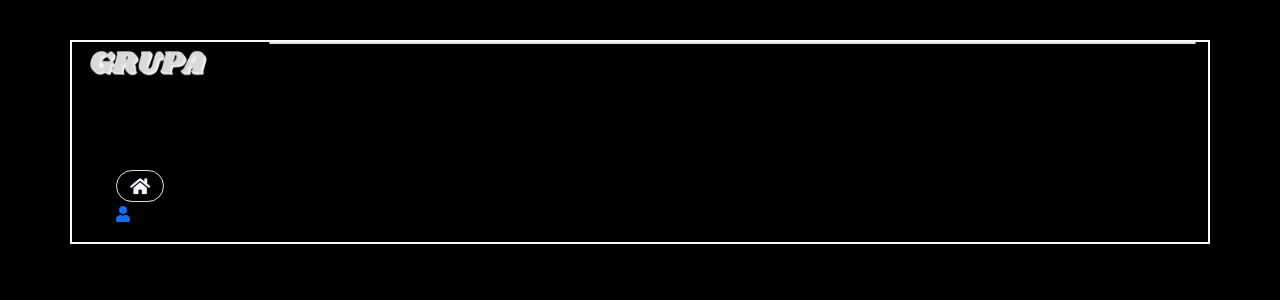
Repository: latenightsnacc/urban-pancake
Page: index.html
The author's editor kept a copy of each file at every save. The page is drawn from the files as they stood at one save, then again after the next save.
The browser window is 1280 px wide. The pictures show the whole page.
Some web libraries are served in a nearby version.

Above is the page before, as saved 2021-04-30 14:36:18.

### index.html
<!DOCTYPE html>
<html lang="en">
<head>
    <meta charset="UTF-8">
    <meta http-equiv="X-UA-Compatible" content="IE=edge">
    <meta name="viewport" content="width=device-width, initial-scale=1.0">
    <!--Tailwind Css-->
    <link href="https://unpkg.com/tailwindcss@^2/dist/tailwind.min.css" rel="stylesheet">
    <!--Bootstrap CSS-->
    <link href="https://cdn.jsdelivr.net/npm/bootstrap@5.0.0-beta3/dist/css/bootstrap.min.css" rel="stylesheet" integrity="sha384-eOJMYsd53ii+scO/bJGFsiCZc+5NDVN2yr8+0RDqr0Ql0h+rP48ckxlpbzKgwra6" crossorigin="anonymous">
    <!--Font Awesome 5 CDN-->
    <link href="https://cdnjs.cloudflare.com/ajax/libs/font-awesome/5.13.0/css/all.min.css" rel="stylesheet">
    <!--Material Icons-->
    <link href="https://fonts.googleapis.com/css?family=Material+Icons|Material+Icons+Outlined|Material+Icons+Two+Tone|Material+Icons+Round|Material+Icons+Sharp" rel="stylesheet">
    <!--Google Font-->
    <link rel="preconnect" href="https://fonts.gstatic.com">
    <link href="https://fonts.googleapis.com/css2?family=Archivo:wght@400;700&display=swap" rel="stylesheet">
    <title>GRUPA</title>
</head>
<body class="bg-black pt-10">
    <main class="container border-2 border-gray-50">
        <div class="w-full flex flex-row">
            <div class="w-1/6">
                <a href="index.html">
                    <div class="h-32 w-32">
                        <img class="w-full" src="./assets/logo/LOGO-shadow.png" >
                    </div>
                </a>
                <ul class="flex flex-col">
                    <li class="mr-5">
                        <a href="index.html" class="flex flex-row items-center justify-center text-lg border border-gray-100 rounded-full h-8 w-12 text-gray-100 no-underline">
                            <i class="fas fa-home"></i>
                            <!-- <span class="ml-2 hidden md:block capitalize text-sm">home</span> -->
                        </a>
                    </li>
                    <li>
                        <a href="#">
                            <i class="fas fa-user"></i>
                        </a>
                    </li>
                </ul>
            </div>
            <div class="w-5/6">
            <div class="border rounded-lg">
                <img src="" alt="">
            </div>
            </div>
        </div>
    </main>

    <!--bootstrap JS-->
    <script src="https://cdn.jsdelivr.net/npm/bootstrap@5.0.0-beta3/dist/js/bootstrap.bundle.min.js" integrity="sha384-JEW9xMcG8R+pH31jmWH6WWP0WintQrMb4s7ZOdauHnUtxwoG2vI5DkLtS3qm9Ekf" crossorigin="anonymous"></script>
</body>
</html>

After the next save:
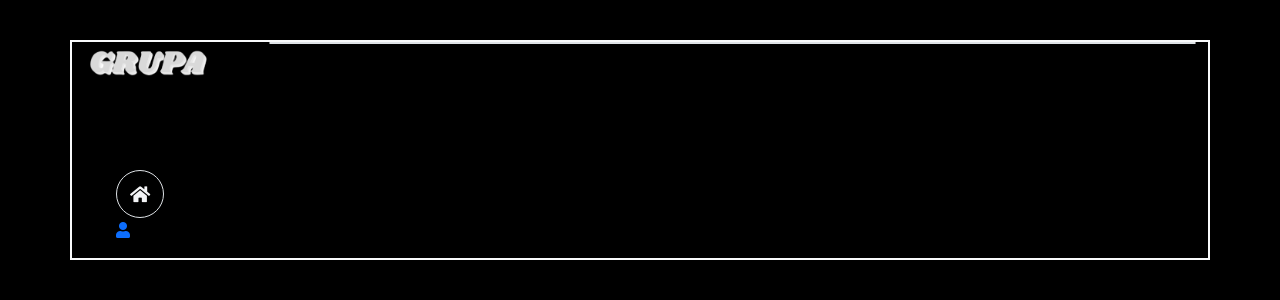
Saved 21 s later.
--- a/index.html
+++ b/index.html
@@ -28,7 +28,7 @@
                 </a>
                 <ul class="flex flex-col">
                     <li class="mr-5">
-                        <a href="index.html" class="flex flex-row items-center justify-center text-lg border border-gray-100 rounded-full h-8 w-12 text-gray-100 no-underline">
+                        <a href="index.html" class="flex flex-row items-center justify-center text-lg border border-gray-100 rounded-full h-12 w-12 text-gray-100 no-underline">
                             <i class="fas fa-home"></i>
                             <!-- <span class="ml-2 hidden md:block capitalize text-sm">home</span> -->
                         </a>
